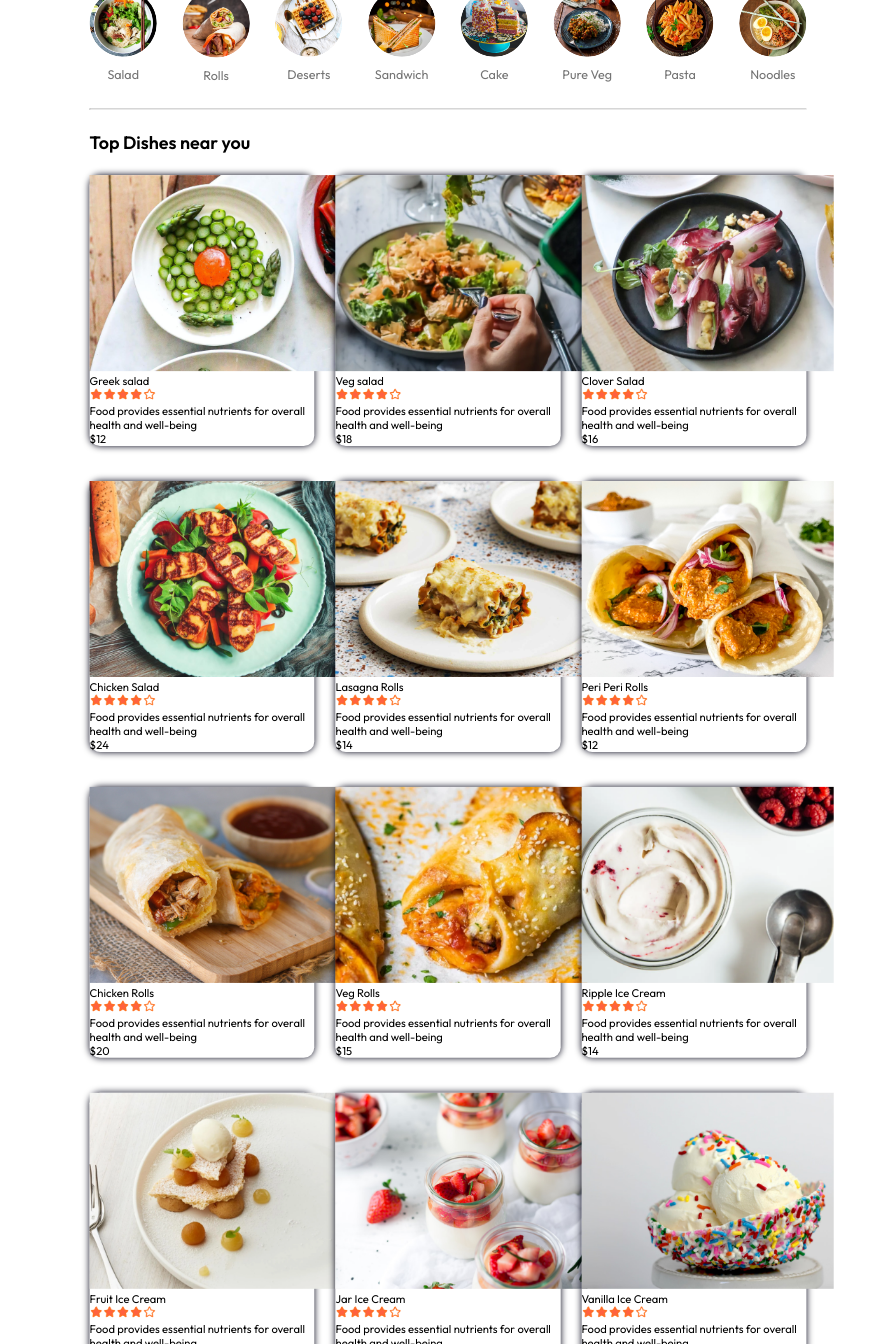
Repository: guilhermecardoso93/tomato-front-end
Page: /
These files come from the project's save history. The page is drawn as it stood at one moment and after the next save; the edit follows.
The browser window is 1280 px wide. The pictures show the part of the page from y = 743 to 2663 px (the page is 5750 px tall before and 5419 px after), at 70% of full size.
The project was rebuilt for these pictures with package versions that can differ from the ones it lists, and the page was loaded fresh each time. Also part of the build but not shown: vite.config.js, src/pages/Cart/styles.css, src/pages/Cart/index.jsx, src/pages/PlaceOrder/styles.css, src/pages/PlaceOrder/index.jsx.

Above is the page before, as saved 2024-10-30 19:25:26.

### index.html
<!doctype html>
<html lang="en">

<head>
    <meta charset="UTF-8" />
    <link rel="icon" type="image/svg+xml" href="" />
    <link rel="preconnect" href="https://fonts.googleapis.com">
    <link rel="preconnect" href="https://fonts.gstatic.com" crossorigin>
    <link href="https://fonts.googleapis.com/css2?family=Inter:ital,opsz,wght@0,14..32,100..900;1,14..32,100..900&family=Outfit:wght@100..900&display=swap" rel="stylesheet">
    <meta name="viewport" content="width=device-width, initial-scale=1.0" />
    <title>Tomato</title>
</head>

<body>
    <div id="root"></div>
    <script type="module" src="/src/main.jsx"></script>
</body>

</html>

### src/main.jsx
import { StrictMode } from "react";
import { createRoot } from "react-dom/client";
import "./index.css";
import { App } from "./App.jsx";
import { BrowserRouter } from "react-router-dom";
import StoreContextProvider from "./context/StoreContext.jsx";

createRoot(document.getElementById("root")).render(
  <BrowserRouter>
    <StoreContextProvider>
      <App />
    </StoreContextProvider>
  </BrowserRouter>
);

### src/index.css
* {
  padding: 0;
  margin: 0;
  box-sizing: border-box;
}

body {
  min-height: 100vh;
  font-family: "Outfit", sans-serif;
}

a {
  text-decoration: none;
  color: inherit;
}

.app {
  width: 80%;
  margin: auto;
}

@keyframes fadeIn {
  0% {
    opacity: 0;
  }

  100% {
    opacity: 1;
  }
}

### src/App.jsx
import { Routes, Route } from "react-router-dom";
import { Navbar } from "./components/Navbar";

import { Home } from "./pages/Home";
import { Cart } from "./pages/Cart";
import { PlaceOrder } from "./pages/PlaceOrder";

export function App() {
  return (
    <div className="app">
      <Navbar />
      <Routes>
        <Route path="/" element={<Home />} />
        <Route path="/cart" element={<Cart />} />
        <Route path="/order" element={<PlaceOrder />} />
      </Routes>
    </div>
  );
}

### src/context/StoreContext.jsx
import { createContext } from "react";
import { food_list } from "../assets/assets";

export const StoreContext = createContext(null);

const StoreContextProvider = (props) => {
  const contextValue = {
    food_list,
  };

  return (
    <StoreContext.Provider value={contextValue}>
      {props.children}
    </StoreContext.Provider>
  );
};

export default StoreContextProvider;

### src/components/Navbar/index.jsx
import { useState } from "react";
import { assets } from "../../assets/assets";
import "./styles.css";

export const Navbar = () => {
  const [menu, setMenu] = useState("Home");

  return (
    <div className="navbar">
      <img src={assets.logo} alt="Logo" className="logo" />
      <ul className="navbar-menu">
        <li
          onClick={() => setMenu("Home")}
          className={menu === "Home" ? "active" : ""}
        >
          Home
        </li>
        <li
          onClick={() => setMenu("Menu")}
          className={menu === "Menu" ? "active" : ""}
        >
          Menu
        </li>
        <li
          onClick={() => setMenu("MobileApp")}
          className={menu === "MobileApp" ? "active" : ""}
        >
          MobileApp
        </li>
        <li
          onClick={() => setMenu("Contact Us")}
          className={menu === "Contact Us" ? "active" : ""}
        >
          Contact Us
        </li>
      </ul>
      <div className="navbar-right">
        <img src={assets.search_icon} alt="" />
        <div className="navbar-search-icon">
          <img src={assets.basket_icon} alt="" />
          <div className="dot"></div>
        </div>
        <button>sign in</button>
      </div>
    </div>
  );
};

### src/pages/Home/index.jsx
import { useState } from "react";
import { ExplorerMenu } from "../../components/ExplorerMenu";
import { Header } from "../../components/Header";
import "./styles.css";
import { FoodDisplay } from "../../components/FoodDisplay/Index";

export const Home = () => {
  const [category, setCategory] = useState("All");

  return (
    <div>
      <Header />
      <ExplorerMenu category={category} setCategory={setCategory} />
      <FoodDisplay category={category} />
    </div>
  );
};

### src/assets/assets.js
import basket_icon from './icons/basket_icon.png'
import logo from './logo.png'
import header_img from './header_img.png'
import search_icon from './icons/search_icon.png'
import menu_1 from './menu/menu_1.png'
import menu_2 from './menu/menu_2.png'
import menu_3 from './menu/menu_3.png'
import menu_4 from './menu/menu_4.png'
import menu_5 from './menu/menu_5.png'
import menu_6 from './menu/menu_6.png'
import menu_7 from './menu/menu_7.png'
import menu_8 from './menu/menu_8.png'

import food_1 from './food/food_1.png'
import food_2 from './food/food_2.png'
import food_3 from './food/food_3.png'
import food_4 from './food/food_4.png'
import food_5 from './food/food_5.png'
import food_6 from './food/food_6.png'
import food_7 from './food/food_7.png'
import food_8 from './food/food_8.png'
import food_9 from './food/food_9.png'
import food_10 from './food/food_10.png'
import food_11 from './food/food_11.png'
import food_12 from './food/food_12.png'
import food_13 from './food/food_13.png'
import food_14 from './food/food_14.png'
import food_15 from './food/food_15.png'
import food_16 from './food/food_16.png'
import food_17 from './food/food_17.png'
import food_18 from './food/food_18.png'
import food_19 from './food/food_19.png'
import food_20 from './food/food_20.png'
import food_21 from './food/food_21.png'
import food_22 from './food/food_22.png'
import food_23 from './food/food_23.png'
import food_24 from './food/food_24.png'
import food_25 from './food/food_25.png'
import food_26 from './food/food_26.png'
import food_27 from './food/food_27.png'
import food_28 from './food/food_28.png'
import food_29 from './food/food_29.png'
import food_30 from './food/food_30.png'
import food_31 from './food/food_31.png'
import food_32 from './food/food_32.png'

import add_icon_white from './icons/add_icon_white.png'
import add_icon_green from './icons/add_icon_green.png'
import remove_icon_red from './icons/remove_icon_red.png'
import app_store from './icons/app_store.png'
import play_store from './icons/play_store.png'
import linkedin_icon from './icons/linkedin_icon.png'
import facebook_icon from './icons/facebook_icon.png'
import twitter_icon from './icons/twitter_icon.png'
import cross_icon from './icons/cross_icon.png'
import selector_icon from './icons/selector_icon.png'
import rating_starts from './icons/rating_starts.png'
import profile_icon from './icons/profile_icon.png'
import bag_icon from './icons/bag_icon.png'
import logout_icon from './icons/logout_icon.png'
import parcel_icon from './icons/parcel_icon.png'

export const assets = {
    logo,
    basket_icon,
    header_img,
    search_icon,
    rating_starts,
    add_icon_green,
    add_icon_white,
    remove_icon_red,
    app_store,
    play_store,
    linkedin_icon,
    facebook_icon,
    twitter_icon,
    cross_icon,
    selector_icon,
    profile_icon,
    logout_icon,
    bag_icon,
    parcel_icon
}

export const menu_list = [
    {
        menu_name: "Salad",
        menu_image: menu_1
    },
    {
        menu_name: "Rolls",
        menu_image: menu_2
    },
    {
        menu_name: "Deserts",
        menu_image: menu_3
    },
    {
        menu_name: "Sandwich",
        menu_image: menu_4
    },
    {
        menu_name: "Cake",
        menu_image: menu_5
    },
    {
        menu_name: "Pure Veg",
        menu_image: menu_6
    },
    {
        menu_name: "Pasta",
        menu_image: menu_7
    },
    {
        menu_name: "Noodles",
        menu_image: menu_8
    }]

export const food_list = [
    {
        _id: "1",
        name: "Greek salad",
        image: food_1,
        price: 12,
        description: "Food provides essential nutrients for overall health and well-being",
        category: "Salad"
    },
    {
        _id: "2",
        name: "Veg salad",
        image: food_2,
        price: 18,
        description: "Food provides essential nutrients for overall health and well-being",
        category: "Salad"
    }, {
        _id: "3",
        name: "Clover Salad",
        image: food_3,
        price: 16,
        description: "Food provides essential nutrients for overall health and well-being",
        category: "Salad"
    }, {
        _id: "4",
        name: "Chicken Salad",
        image: food_4,
        price: 24,
        description: "Food provides essential nutrients for overall health and well-being",
        category: "Salad"
    }, {
        _id: "5",
        name: "Lasagna Rolls",
        image: food_5,
        price: 14,
        description: "Food provides essential nutrients for overall health and well-being",
        category: "Rolls"
    }, {
        _id: "6",
        name: "Peri Peri Rolls",
        image: food_6,
        price: 12,
        description: "Food provides essential nutrients for overall health and well-being",
        category: "Rolls"
    }, {
        _id: "7",
        name: "Chicken Rolls",
        image: food_7,
        price: 20,
        description: "Food provides essential nutrients for overall health and well-being",
        category: "Rolls"
    }, {
        _id: "8",
        name: "Veg Rolls",
        image: food_8,
        price: 15,
        description: "Food provides essential nutrients for overall health and well-being",
        category: "Rolls"
    }, {
        _id: "9",
        name: "Ripple Ice Cream",
        image: food_9,
        price: 14,
        description: "Food provides essential nutrients for overall health and well-being",
        category: "Deserts"
    }, {
        _id: "10",
        name: "Fruit Ice Cream",
        image: food_10,
        price: 22,
        description: "Food provides essential nutrients for overall health and well-being",
        category: "Deserts"
    }, {
        _id: "11",
        name: "Jar Ice Cream",
        image: food_11,
        price: 10,
        description: "Food provides essential nutrients for overall health and well-being",
        category: "Deserts"
    }, {
        _id: "12",
        name: "Vanilla Ice Cream",
        image: food_12,
        price: 12,
        description: "Food provides essential nutrients for overall health and well-being",
        category: "Deserts"
    },
    {
        _id: "13",
        name: "Chicken Sandwich",
        image: food_13,
        price: 12,
        description: "Food provides essential nutrients for overall health and well-being",
        category: "Sandwich"
    },
    {
        _id: "14",
        name: "Vegan Sandwich",
        image: food_14,
        price: 18,
        description: "Food provides essential nutrients for overall health and well-being",
        category: "Sandwich"
    }, {
        _id: "15",
        name: "Grilled Sandwich",
        image: food_15,
        price: 16,
        description: "Food provides essential nutrients for overall health and well-being",
        category: "Sandwich"
    }, {
        _id: "16",
        name: "Bread Sandwich",
        image: food_16,
        price: 24,
        description: "Food provides essential nutrients for overall health and well-being",
        category: "Sandwich"
    }, {
        _id: "17",
        name: "Cup Cake",
        image: food_17,
        price: 14,
        description: "Food provides essential nutrients for overall health and well-being",
        category: "Cake"
    }, {
        _id: "18",
        name: "Vegan Cake",
        image: food_18,
        price: 12,
        description: "Food provides essential nutrients for overall health and well-being",
        category: "Cake"
    }, {
        _id: "19",
        name: "Butterscotch Cake",
        image: food_19,
        price: 20,
        description: "Food provides essential nutrients for overall health and well-being",
        category: "Cake"
    }, {
        _id: "20",
        name: "Sliced Cake",
        image: food_20,
        price: 15,
        description: "Food provides essential nutrients for overall health and well-being",
        category: "Cake"
    }, {
        _id: "21",
        name: "Garlic Mushroom ",
        image: food_21,
        price: 14,
        description: "Food provides essential nutrients for overall health and well-being",
        category: "Pure Veg"
    }, {
        _id: "22",
        name: "Fried Cauliflower",
        image: food_22,
        price: 22,
        description: "Food provides essential nutrients for overall health and well-being",
        category: "Pure Veg"
    }, {
        _id: "23",
        name: "Mix Veg Pulao",
        image: food_23,
        price: 10,
        description: "Food provides essential nutrients for overall health and well-being",
        category: "Pure Veg"
    }, {
        _id: "24",
        name: "Rice Zucchini",
        image: food_24,
        price: 12,
        description: "Food provides essential nutrients for overall health and well-being",
        category: "Pure Veg"
    },
    {
        _id: "25",
        name: "Cheese Pasta",
        image: food_25,
        price: 12,
        description: "Food provides essential nutrients for overall health and well-being",
        category: "Pasta"
    },
    {
        _id: "26",
        name: "Tomato Pasta",
        image: food_26,
        price: 18,
        description: "Food provides essential nutrients for overall health and well-being",
        category: "Pasta"
    }, {
        _id: "27",
        name: "Creamy Pasta",
        image: food_27,
        price: 16,
        description: "Food provides essential nutrients for overall health and well-being",
        category: "Pasta"
    }, {
        _id: "28",
        name: "Chicken Pasta",
        image: food_28,
        price: 24,
        description: "Food provides essential nutrients for overall health and well-being",
        category: "Pasta"
    }, {
        _id: "29",
        name: "Buttter Noodles",
        image: food_29,
        price: 14,
        description: "Food provides essential nutrients for overall health and well-being",
        category: "Noodles"
    }, {
        _id: "30",
        name: "Veg Noodles",
        image: food_30,
        price: 12,
        description: "Food provides essential nutrients for overall health and well-being",
        category: "Noodles"
    }, {
        _id: "31",
        name: "Somen Noodles",
        image: food_31,
        price: 20,
        description: "Food provides essential nutrients for overall health and well-being",
        category: "Noodles"
    }, {
        _id: "32",
        name: "Cooked Noodles",
        image: food_32,
        price: 15,
        description: "Food provides essential nutrients for overall health and well-being",
        category: "Noodles"
    }
]

### src/components/Navbar/styles.css
.navbar {
  padding: 20px 0;
  display: flex;
  justify-content: space-between;
  align-items: center;
}

.navbar .logo {
  width: 150px;
}

.navbar-menu {
  display: flex;
  list-style: none;
  gap: 10px;
  color: #49557c;
  font-size: 18px;
}

.navbar li {
  cursor: pointer
}

.navbar-right {
  display: flex;
  align-items: center;
  gap: 40px;
}

.navbar button {
  background: transparent;
  font-size: 16px;
  color: #49557c;
  border: 1px solid tomato;
  padding: 10px 30px;
  border-radius: 50px;
  cursor: pointer;
  transition: 0.3s;
}

.navbar button:hover {
  background: #fff4f2;
}

.navbar .active {
  padding-bottom: 2px;
  border-bottom: 2px solid #49557c;
}

.navbar-search-icon {
  position: relative;
}

.navbar-search-icon .dot {
  position: absolute;
  min-height: 10px;
  min-width: 10px;
  background-color: tomato;
  border-radius:  5px;
  top: -8px;
  right: -8px;
}

### src/components/ExplorerMenu/index.jsx
import { menu_list } from "../../assets/assets";

import "./styles.css";

export const ExplorerMenu = ({ category, setCategory }) => {
  return (
    <div className="explorer-menu" id="explore-menu">
      <h1>Explore our menu</h1>
      <p className="explore-menu-text">
        Choose from a diverse menu featuring a delectable arrays os dishes
        crafted with the finest ingredients and culinary expertise. Our mission
        is to satisfy your cravings and elevate your dining experience, one
        delicious meal at a time.
      </p>
      <div className="explore-menu-list">
        {menu_list.map((item, index) => {
          return (
            <div
              className="explore-menu-list-item"
              key={index}
              onClick={() =>
                setCategory((prev) =>
                  prev === item.menu_name ? "All" : item.menu_name
                )
              }
            >
              <img
                src={item.menu_image}
                alt=""
                className={category === item.menu_name ? "active" : ""}
              />
              <p className={category === item.menu_name ? "active-text" : ""}>
                {item.menu_name}
              </p>
            </div>
          );
        })}
      </div>
      <hr />
    </div>
  );
};

### src/components/Header/index.jsx
import "./styles.css";

export const Header = () => {
  return (
    <div className="header">
      <div className="header-container">
        <h2>Oder your favorite food here</h2>
        <p>
          Choose from a diverse menu featuring a delectable arrays os dishes
          crafted with the finest ingredients and culinary expertise. Our
          mission is to satisfy your cravings and elevate your dining
          experience, one delicious meal at a time.
        </p>
        <button> View Menu</button>
      </div>
    </div>
  );
};

### src/components/FoodDisplay/Index.jsx
import { useContext } from "react";
import { StoreContext } from "../../context/StoreContext";
import { FoodItem } from "../FoodItem";

import "./styles.css";

export const FoodDisplay = ({ category }) => {
  const { food_list } = useContext(StoreContext);

  return (
    <div className="food-display" id="food-display">
      <h2>Top Dishes near you</h2>
      <div className="food-display-list">
        {food_list.map((item, index) => {
          return (
            <FoodItem
              key={index}
              id={item.id}
              name={item.name}
              description={item.description}
              price={item.price}
              image={item.image}
            />
          );
        })}
      </div>
    </div>
  );
};

### src/components/ExplorerMenu/styles.css
.explorer-menu {
  display: flex;
  flex-direction: column;
  gap: 1rem;
}

.explorer-menu h1 {
  color: #262626;
  font-size: 500;
}

.explore-menu-text {
  max-width: 60%;
  color: #808080;
}

.explore-menu-list {
  display: flex;
  justify-content: space-between;
  align-items: center;
  gap: 30px;
  text-align: center;
  margin: 20px 0px;
  overflow-x: scroll;
}

.explore-menu-list::-webkit-scrollbar {
  display: none;
}

.explore-menu-list img {
  width: 7.5vw;
  min-width: 80px;
  cursor: pointer;
  border-radius: 50%;
  transition: 0.2s;
}

.explore-menu-list p {
  margin-top: 10px;
  color: #747474;
  font-size: max(1.4vw, 16px);
  cursor: pointer;
}

.explore-menu hr {
  margin: 10px 0px;
  height: 2px;
  background: #e2e2e2;
  border: none;
}

.explore-menu-list .active {
  border: 4px solid tomato;
  padding: 2px;
}

.explore-menu-list .active-text {
  color: tomato;
}

### src/components/Header/styles.css
.header {
  height: 34vw;
  margin: 30px auto;
  background: url('../../assets/header_img.png') no-repeat;
  background-size: contain;
  position: relative;
}



.header-container {
  position: absolute;
  display: flex;
  flex-direction: column;
  align-items: start;
  padding: 20px;
  gap: 1.5vw;
  max-width: 52%;
  bottom: 10%;
  animation: fadeIn 3s;
}


.header-container h2 {
  font-weight: 500;
  color: #f2f2f2f2;
  font-size: max(4.5vw, 22px);
}


.header-container p {
  color: #f2f2f2f2;
  font-size: 1vw;
}


.header-container button {
  border: none;
  color: #747474;
  font-weight: 700;
  padding: 1vw 2.3vw;
  background: white;
  font-size: max(1vw, 13px);
  border-radius: 50px;
}

### src/components/FoodItem/index.jsx
import { assets } from "../../assets/assets";
import "./styles.css";

export const FoodItem = ({ id, name, price, description, image }) => {
  return (
    <div className="food-item" id={id}>
      <div className="food-item-image-container">
        <img src={image} alt="" className="food-item-image" />
      </div>
      <div className="food-item-info">
        <div className="food-item-name-rating">
          <p>{name}</p>
          <img src={assets.rating_starts} alt="" />
        </div>
        <p className="food-item-description">{description}</p>
        <p className="food-item-price">${price}</p>
      </div>
    </div>
  );
};

### src/components/FoodDisplay/styles.css
.food-display {
  margin-top: 30px;
}

.food-display h2 {
  font-size: max(2vw, 24px);
  font-weight: 600;
}


.food-display-list {
  display: grid;
  grid-template-columns: repeat(auto-fill, minmax(240px, 1fr));
  margin-top: 30px;
  gap: 30px;
  row-gap: 50px;
}

### src/components/FoodItem/styles.css
.food-item {
  width: 100%;
  margin: auto;
  border-radius: 15px;
  box-shadow: 0px 0px 10px #000015;
  transition: 0.3s;
  animation: fadeIn .3s;
}

Loaded but not shown: src/pages/Home/styles.css (no stored copy; drawn as an empty file)

After the next save:
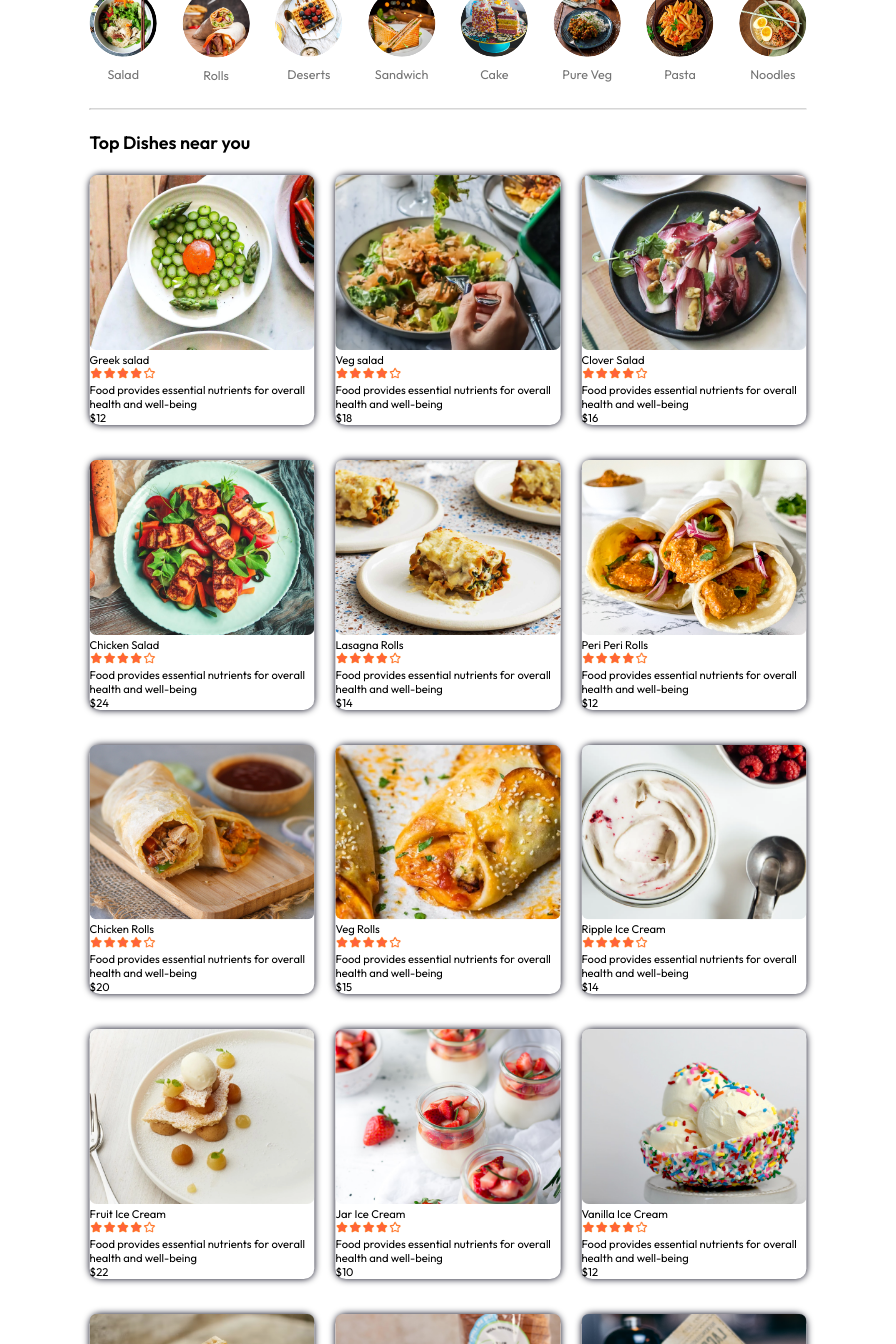
Saved 8 min 26 s later.
--- a/src/components/FoodItem/styles.css
+++ b/src/components/FoodItem/styles.css
@@ -6,3 +6,8 @@
   transition: 0.3s;
   animation: fadeIn .3s;
 }
+
+.food-item-image {
+  width: 100%;
+  border-radius: 10px ;
+}
